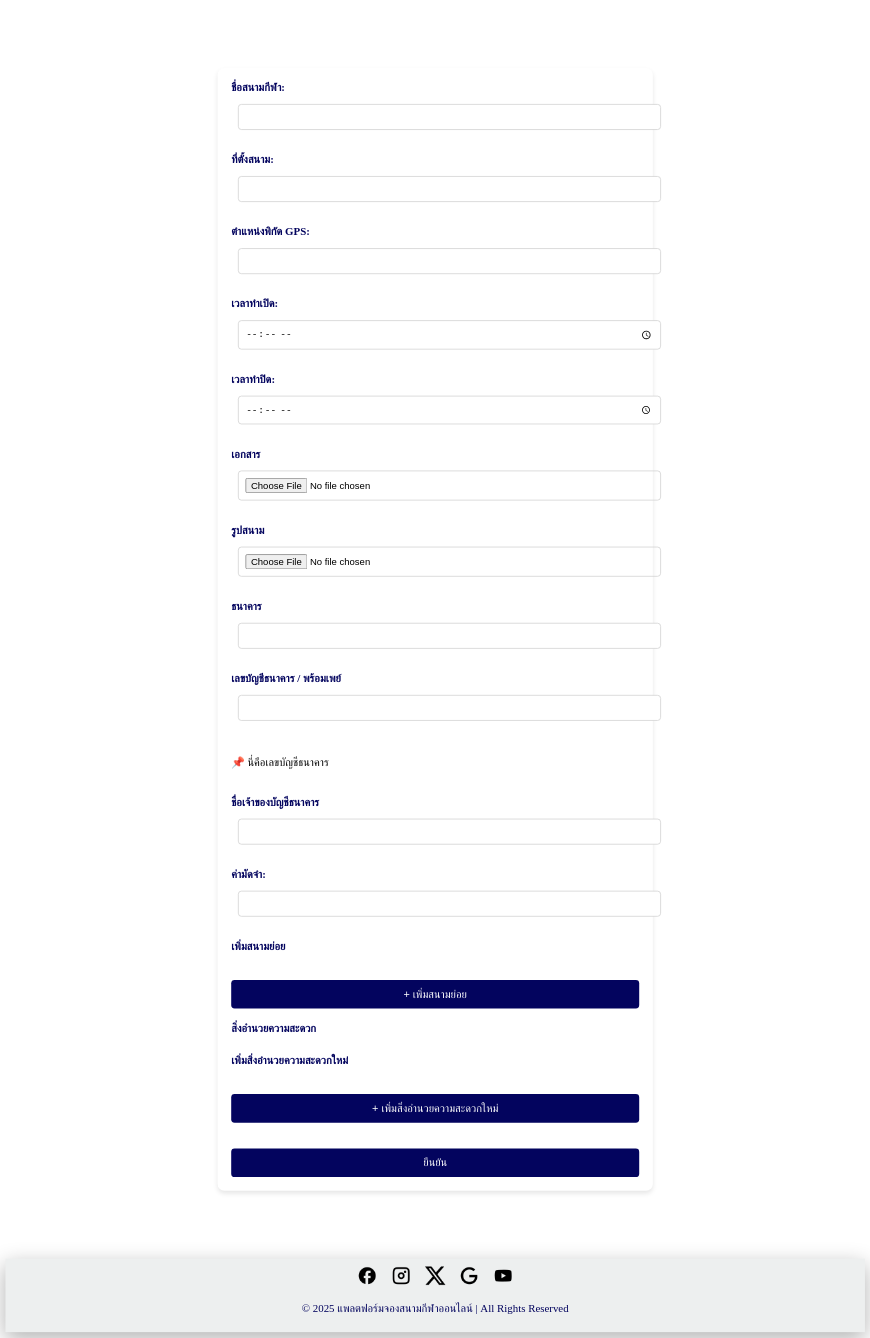
Repository: narawit101/project2
Page: /register-field (app in frontend/)
The author's editor kept a copy of each file at every save. The page is drawn from the files as they stood at one save, then again after a run of saves.
The browser window is 1280 px wide. The pictures show the whole page, at 68% of full size.
The page's requests for data from a server got no answer. The project was rebuilt for these pictures with package versions that can differ from the ones it lists, and the page was loaded fresh each time. The framework's server and built-in components were replaced by stand-ins that run in the browser. No one was signed in, and anything a server would have sent is missing. Also part of the build but not shown: frontend/next.config.js, frontend/next.config.mjs, frontend/src/app/globals.css.

Above is the page before, as saved 2025-03-19 00:05:13.

### frontend/src/app/layout.jsx
import { Kanit } from "next/font/google";
import "./globals.css";
import  Footer from "./components/Footer"

const kanitFont = Kanit({
  variable: "--font-kanit",
  subsets: ["latin", "thai"],
  weight: ["300", "400", "600"],
});

export const metadata = {
  title: "แพลตฟอร์มจองสนามกีฬาออนไลน์",
  description: "Generated by create next app",
  icons: {
    icon:"./favicon.ico"
  }
};

export default function RootLayout({ children }) {
  return (
    <html lang="en">
      <body className={`${kanitFont.variable} antialiased`}>{children}
      <Footer></Footer>
      </body>

    </html>
  );
}

### frontend/src/app/(shared)/register-field/page.jsx
import React from "react";
import RegisterFieldForm from "@/app/components/RegisterFieldForm";

export default function RegisterFieldPage() {
  return (
    <>
    <RegisterFieldForm></RegisterFieldForm>

    </>
  );
}

### frontend/src/app/components/Footer.jsx
import React from "react";
import "../css/footer.css";

export default function Footer() {
  return (
    <div>
      <footer className="footer">
        <div className="social-icons">
          <a href="#">
            <img src="img/fblogo.png" alt="Facebook" />
          </a>
          <a href="#">
            <img src="img/iglogo.png" alt="Instagram" />
          </a>
          <a href="#">
            <img src="img/xlogo.png" alt="Twitter" />
          </a>
          <a href="#">
            <img src="img/gglogo.png" alt="Google" />
          </a>
          <a href="#">
            <img src="img/ytlogo.png" alt="YouTube" />
          </a>
        </div>

        <p className="copyright">
          &copy; 2025 แพลตฟอร์มจองสนามกีฬาออนไลน์ | All Rights Reserved
        </p>
      </footer>
    </div>
  );
}

### frontend/src/app/components/RegisterFieldForm.jsx
"use client";
import React, { useState, useEffect } from "react";
import "../css/registerFieldForm.css";

export default function RegisterFieldForm() {
  const API_URL = "http://localhost:5000";

  const [sports, setSports] = useState([]);
  const [facilities, setFacilities] = useState([]);
  const [selectedFacilities, setSelectedFacilities] = useState({});
  const [subFields, setSubFields] = useState([]);
  const [addOns, setAddons] = useState([]);
  const [newFacility, setNewFacility] = useState("");
  const [showNewFacilityInput, setShowNewFacilityInput] = useState(false);

  const [fieldData, setFieldData] = useState({
    field_name: "",
    address: "",
    gps_location: "",
    documents: null,
    open_hours: "",
    close_hours: "",
    img_field: null,
    preview_img: null,
    number_bank: "",
    account_holder: "",
    price_deposit: "",
    name_bank: "",
    selectedSport: "",
  });

  // 📌 โหลดประเภทกีฬา
  useEffect(() => {
    fetch(`${API_URL}/sports_types`)
      .then((res) => res.json())
      .then((data) => setSports(data))
      .catch((error) => console.error("Error fetching sports:", error));
  }, []);

  // 📌 โหลดสิ่งอำนวยความสะดวก
  useEffect(() => {
    fetch(`${API_URL}/facilities`)
      .then((res) => res.json())
      .then((data) => setFacilities(data))
      .catch((error) => console.error("Error fetching facilities:", error));
  }, []);

  // 📌 อัปเดตค่าช่องกรอกข้อมูลสนาม
  const handleFieldChange = (e) => {
    setFieldData({ ...fieldData, [e.target.name]: e.target.value });
  };

  // 📌 ฟังก์ชันเลือก Checkbox สิ่งอำนวยความสะดวก
  const handleFacilityChange = (facId) => {
    setSelectedFacilities((prev) => {
      const updatedFacilities = { ...prev };
      if (updatedFacilities[facId] !== undefined) {
        delete updatedFacilities[facId];
      } else {
        updatedFacilities[facId] = "";
      }
      return updatedFacilities;
    });
  };

  // 📌 ฟังก์ชันอัปเดตราคาสิ่งอำนวยความสะดวก
  const handleFacilityPriceChange = (facId, price) => {
    setSelectedFacilities((prev) => ({
      ...prev,
      [facId]: price,
    }));
  };

  // 📌 ฟังก์ชันเพิ่มสิ่งอำนวยความสะดวกใหม่
  const addNewFacility = async () => {
    if (!newFacility.trim()) return;

    const res = await fetch(`${API_URL}/facilities/add`, {
      method: "POST",
      headers: { "Content-Type": "application/json" },
      body: JSON.stringify({ fac_name: newFacility }),
    });

    const data = await res.json();
    if (data.error) {
      console.error("Error:", data.error);
      return;
    }

    setFacilities([...facilities, data]);
    setNewFacility("");
    setShowNewFacilityInput(false);
  };

  // ✅ เพิ่มสนามย่อย (มี addOns ในตัวเอง)
  const addSubField = () => {
    // ✅ ดึง user_id จาก localStorage
    const storedUser = localStorage.getItem("user");
    const userData = storedUser ? JSON.parse(storedUser) : null;
    const userId = userData ? userData.user_id : null; // ดึง user_id

    setSubFields([
      ...subFields,
      { name: "", price: "", sport_id: "", user_id: userId, addOns: [] },
    ]);
  };

  // ✅ ลบสนามย่อย (รวมถึง Add-ons ที่อยู่ภายใน)
  const removeSubField = (index) => {
    setSubFields(subFields.filter((_, i) => i !== index));
  };

  // ✅ อัปเดตข้อมูลสนามย่อย
  const updateSubField = (index, key, value) => {
    const updatedSubFields = [...subFields];
    updatedSubFields[index][key] = value;
    setSubFields(updatedSubFields);
  };

  const addAddOn = (subIndex) => {
    const updatedSubFields = [...subFields];
    updatedSubFields[subIndex].addOns.push({ content: "", price: "" });
    setSubFields(updatedSubFields);
  };

  // 📌 อัปเดตค่า Add-on
  const updateAddOn = (subIndex, addOnIndex, key, value) => {
    const updatedSubFields = [...subFields];
    updatedSubFields[subIndex].addOns[addOnIndex][key] = value;
    setSubFields(updatedSubFields);
  };

  // 📌 ลบ Add-on
  const removeAddOn = (subIndex, addOnIndex) => {
    const updatedSubFields = [...subFields];
    updatedSubFields[subIndex].addOns.splice(addOnIndex, 1);
    setSubFields(updatedSubFields);
  };

  // 📌 ฟังก์ชันจัดการอัปโหลดรูป และแสดงตัวอย่าง
  const handleimgChange = (e) => {
    const file = e.target.files[0]; // ดึงไฟล์รูปจาก input
    if (file) {
      setFieldData({
        ...fieldData,
        img_field: file,
        imgPreview: URL.createObjectURL(file), // สร้าง URL เพื่อแสดงรูป
      });
    }
  };

  const handleSubmit = async (e) => {
    e.preventDefault();

    const storedUser = localStorage.getItem("user");
    if (!storedUser) {
      alert("❌ กรุณาเข้าสู่ระบบก่อน!");
      return;
    }

    const userData = JSON.parse(storedUser);
    const userId = userData.user_id; // ✅ ดึง user_id ตอน Submit

    const formData = new FormData();
    formData.append("documents", fieldData.documents);
    formData.append("img_field", fieldData.img_field); // ✅ เพิ่มการส่งรูปภาพ
    formData.append(
      "data",
      JSON.stringify({
        user_id: userId,
        field_name: fieldData.field_name,
        address: fieldData.address,
        gps_location: fieldData.gps_location,
        open_hours: fieldData.open_hours,
        close_hours: fieldData.close_hours,
        number_bank: fieldData.number_bank,
        account_holder: fieldData.account_holder,
        price_deposit: fieldData.price_deposit,
        name_bank: fieldData.name_bank,
        status: fieldData.status || "รอตรวจสอบ", // ✅ เพิ่มค่า Status
        selectedFacilities,
        subFields: subFields,
      })
    );

    try {
      const res = await fetch("http://localhost:5000/field/register", {
        method: "POST",
        body: formData,
      });

      const data = await res.json();
      if (data.error) {
        console.error("❌ Error:", data.error);
        alert("เกิดข้อผิดพลาด: " + data.error);
        return;
      }

      alert("บันทึกข้อมูลสนามเรียบร้อย! รูปภาพถูกอัปโหลดที่: " + data.img_path);
    } catch (error) {
      console.error("❌ Fetch Error:", error);
      alert("เกิดข้อผิดพลาดในการส่งข้อมูล");
    }
  };

  return (
    <div className="contianer">
      <form onSubmit={handleSubmit} encType="multipart/form-data">
        <div className="input-group">
          {" "}
          <label>ชื่อสนามกีฬา:</label>
          <input
            type="text"
            name="field_name"
            value={fieldData.field_name}
            onChange={handleFieldChange}
          />
        </div>
        <div className="input-group">
          <label>ที่ตั้งสนาม:</label>
          <input
            type="text"
            name="address"
            value={fieldData.address}
            onChange={handleFieldChange}
          />
        </div>
        <div className="input-group">
          <label>ตำแหน่งพิกัด GPS:</label>
          <input
            type="text"
            name="gps_location"
            value={fieldData.gps_location}
            onChange={handleFieldChange}
          />
        </div>
        <div className="input-group">
          <label>เวลาทำเปิด:</label>
          <input
            type="time"
            name="open_hours"
            value={fieldData.open_hours}
            onChange={handleFieldChange}
          />
        </div>
        <div className="input-group">
          <label>เวลาทำปิด:</label>
          <input
            type="time"
            name="close_hours"
            value={fieldData.close_hours}
            onChange={handleFieldChange}
          />
        </div>
        <div className="input-group">
          <label htmlFor="documents">เอกสาร</label>
          <input
            type="file"
            onChange={(e) =>
              setFieldData({ ...fieldData, documents: e.target.files[0] })
            }
          />
        </div>
        <div className="input-group">
          <label htmlFor="img_field">รูปสนาม</label>

          <input type="file" onChange={handleimgChange} accept="image/*" />
        </div>
        {/* ✅ แสดงรูปตัวอย่างถ้ามีการอัปโหลด */}
        {fieldData.imgPreview && (
          <div>
            <p>ตัวอย่างรูป:</p>
            <img
              src={fieldData.imgPreview}
              alt="Preview"
              style={{ width: "200px", height: "auto", marginTop: "10px" }}
            />
          </div>
        )}
        <div className="input-group">
          <label htmlFor="bank">ธนาคาร</label>
          <input
            type="text"
            name="name_bank"
            value={fieldData.name_bank}
            onChange={handleFieldChange}
          />
        </div>
        <div className="input-group">
          <label htmlFor="bank">เลขบัญชีธนาคาร / พร้อมเพย์</label>
          <input
            type="number"
            name="number_bank"
            value={fieldData.number_bank}
            onChange={(e) => {
              const value = e.target.value;

              // ✅ อนุญาตเฉพาะตัวเลข
              if (/^\d*$/.test(value)) {
                setFieldData({ ...fieldData, number_bank: value });
              }
            }}
            onBlur={() => {
              const isPromptPay = fieldData.name_bank === "พร้อมเพย์";
              const length = fieldData.number_bank.length;

              // ✅ ตรวจสอบความถูกต้องของเลขที่กรอก
              if (
                (!isPromptPay && length !== 12) || // ✅ ถ้าเป็นบัญชีธนาคารต้อง 12 หลัก
                (isPromptPay && length !== 10 && length !== 13) // ✅ ถ้าเป็นพร้อมเพย์ต้อง 10 หรือ 13 หลัก
              ) {
                alert("เลขที่กรอกไม่ถูกต้อง กรุณากรอกให้ตรงกับเงื่อนไข");
                setFieldData({ ...fieldData, number_bank: "" }); // ❌ เคลียร์ค่า
              }
            }}
            maxLength={13} // ✅ จำกัดสูงสุดที่ 13 หลัก
          />
        </div>
        <div className="input-group">
          <p>
            📌{" "}
            {fieldData.name_bank === "พร้อมเพย์"
              ? "นี่คือหมายเลขพร้อมเพย์"
              : "นี่คือเลขบัญชีธนาคาร"}
          </p>
        </div>
        <div className="input-group">
          <label htmlFor="bank">ชื่อเจ้าของบัญชีธนาคาร</label>
          <input
            type="text"
            name="account_holder"
            value={fieldData.account_holder}
            onChange={handleFieldChange}
          />
        </div>
        <div className="input-group">
          <label>ค่ามัดจำ:</label>
          <input
            type="number"
            name="price_deposit"
            value={fieldData.price_deposit}
            onChange={handleFieldChange}
          />
        </div>
        <div className="input-group">
          <label>เพิ่มสนามย่อย</label>
        </div>
        {subFields.map((sub, subIndex) => (
          <div
            key={subIndex}
            style={{
              border: "1px solid #ccc",
              padding: "10px",
              marginBottom: "10px",
            }}
          >
            {/* ✅ Input กรอกชื่อสนามย่อย */}
            <div className="input-group">
              <input
                type="text"
                placeholder="ชื่อสนามย่อย"
                value={sub.name}
                onChange={(e) =>
                  updateSubField(subIndex, "name", e.target.value)
                }
              />
            </div>
            {/* ✅ Input กรอกราคา */}
            <div className="input-group">
              <input
                type="number"
                placeholder="ราคา"
                value={sub.price}
                onChange={(e) =>
                  updateSubField(subIndex, "price", e.target.value)
                }
              />
            </div>

            {/* ✅ Dropdown เลือกประเภทกีฬา */}
            <div className="input-group">
              <select
                value={sub.sport_id}
                onChange={(e) =>
                  updateSubField(subIndex, "sport_id", e.target.value)
                }
              >
                <option value="">เลือกประเภทกีฬา</option>
                {sports.map((sport) => (
                  <option key={sport.sport_id} value={sport.sport_id}>
                    {sport.sport_name}
                  </option>
                ))}
              </select>
            </div>

            {/* ✅ ปุ่มเพิ่มกิจกรรมเพิ่มเติม (เฉพาะสนามนี้) */}
            <button
              className="addbtn"
              type="button"
              onClick={() => addAddOn(subIndex)}
            >
              เพิ่มกิจกรรมเพิ่มเติม
            </button>

            {/* ✅ ปุ่มลบสนามย่อย */}
            <button
              className="delbtn"
              type="button"
              onClick={() => removeSubField(subIndex)}
            >
              ลบสนามย่อย
            </button>

            {/* ✅ แสดงรายการกิจกรรมเพิ่มเติมที่อยู่ในสนามนี้ */}
            {sub.addOns.map((addon, addOnIndex) => (
              <div
                key={addOnIndex}
                style={{ marginLeft: "20px", marginTop: "5px" }}
              >
                {/* ✅ Input กรอกชื่อกิจกรรม */}
                <div className="input-group">
                  <input
                    type="text"
                    placeholder="ชื่อกิจกรรม"
                    value={addon.content}
                    onChange={(e) =>
                      updateAddOn(
                        subIndex,
                        addOnIndex,
                        "content",
                        e.target.value
                      )
                    }
                  />
                </div>
                {/* ✅ Input กรอกราคา */}
                <div className="input-group">
                  <input
                    type="number"
                    placeholder="ราคา"
                    value={addon.price}
                    onChange={(e) =>
                      updateAddOn(subIndex, addOnIndex, "price", e.target.value)
                    }
                  />
                </div>

                {/* ✅ ปุ่มลบกิจกรรมเพิ่มเติม */}
                <button
                  className="delevn"
                  type="button"
                  onClick={() => removeAddOn(subIndex, addOnIndex)}
                >
                  ลบกิจกรรมเพิ่มเติม
                </button>
              </div>
            ))}
          </div>
        ))}

        {/* ✅ ปุ่มเพิ่มสนามย่อย */}

        <button className="addsubfield" type="button" onClick={addSubField}>
          + เพิ่มสนามย่อย
        </button>
        <div className="input-group">
          <label>สิ่งอำนวยความสะดวก</label>
        </div>
        {facilities.map((fac) => (
          <div key={fac.fac_id} className="facility-item">
            {/* Checkbox เลือกสิ่งอำนวยความสะดวก */}
            <div className="input-group-checkbox">
              <input
                type="checkbox"
                checked={selectedFacilities[fac.fac_id] !== undefined}
                onChange={() => handleFacilityChange(fac.fac_id)}
              />
              <label>{fac.fac_name}</label>
            </div>

            {/* ป้อนราคาเมื่อเลือกสิ่งอำนวยความสะดวก */}
            {selectedFacilities[fac.fac_id] !== undefined && (
              <div className="input-group-checkbox">
                <input
                  type="number"
                  placeholder="กำหนดราคา"
                  value={selectedFacilities[fac.fac_id]}
                  onChange={(e) =>
                    handleFacilityPriceChange(fac.fac_id, e.target.value)
                  }
                />
              </div>
            )}
          </div>
        ))}

        <div className="input-group">
          <label>เพิ่มสิ่งอำนวยความสะดวกใหม่</label>
        </div>
        {!showNewFacilityInput ? (
          <button
            className="addfac"
            type="button"
            onClick={() => setShowNewFacilityInput(true)}
          >
            + เพิ่มสิ่งอำนวยความสะดวกใหม่
          </button>
        ) : (
          <div>
            <input
              type="text"
              placeholder="ชื่อสิ่งอำนวยความสะดวก"
              value={newFacility}
              onChange={(e) => setNewFacility(e.target.value)}
            />
            <button className="savebtn" type="button" onClick={addNewFacility}>
              บันทึก
            </button>
            <button
              className="canbtn"
              type="button"
              onClick={() => setShowNewFacilityInput(false)}
            >
              ยกเลิก
            </button>
          </div>
        )}

        <br />
        <button type="submit">ยืนยัน</button>
      </form>
    </div>
  );
}

### frontend/src/app/css/footer.css
:root {
  --text-color: #03045e;
}
.footer {
  background: #edefef;
  padding: 10px 0;
  text-align: center;
  color: var(--text-color);
  position: relative;
  box-shadow: 0px 10px 30px rgba(0, 0, 0, 0.3);
}

.social-icons {
  display: flex;
  justify-content: center;
  gap: 20px;
  margin-bottom: 20px;
}

.social-icons a img {
  width: 30px;
  height: 30px;
  transition: transform 0.3s ease-in-out;
}

.social-icons a:hover img {
  transform: scale(1.1);
  filter: brightness(1.2);
}

.copyright {
  font-size: 16px;
}

### frontend/src/app/css/registerFieldForm.css
:root {
  --text-color: #03045e;
}

.contianer {
  width: 100%;
  max-width: 600px;
  margin: 100px auto;
  padding: 20px;
  background: #ffffff;
  box-shadow: 0 4px 8px rgba(0, 0, 0, 0.1);
  border-radius: 10px;
  text-align: left;
}
form {
  display: flex;
  flex-direction: column;
}

.input-group {
  margin-bottom: 25px;
  text-align: left;
}
.facility-item {
    display: flex;
    flex-direction: column;
    margin-bottom: 15px;
  }

  .input-group-checkbox input[type="checkbox"] {
    margin-right: 10px; /* เพิ่มช่องว่างระหว่าง checkbox กับ label */
    width: 20px;
    height: 20px;
    accent-color: #3498db; /* เปลี่ยนสีของ checkbox เมื่อเลือก */
    cursor: pointer;
  }



  /* ข้อความเมื่อเลือก checkbox */
  .input-group-checkbox input[type="checkbox"]:checked + label {
    color: #2980b9; /* เปลี่ยนสีข้อความเมื่อเลือก checkbox */
  }

  /* ป้อนราคา */
  .input-group-checkbox input[type="number"] {
    width: 100%;
    padding: 10px;
    border: 1px solid #ccc;
    border-radius: 4px;
    font-size: 16px;
    margin-top: 5px;
  }

  .input-group-checkbox input[type="number"]:focus {
    border-color: #3498db;
    outline: none;
  }

  /* Hover effect สำหรับ label */
  .input-group-checkbox label:hover {
    color: #3498db;
  }


label {
    font-size: 16px;
  font-weight: 600;
  color: var(--text-color);
  display: block;
  margin-bottom: 5px;
}

input {
  margin: 10px;
  width: 100%;
  padding: 10px;
  border: 1px solid #ccc;
  border-radius: 5px;
  font-size: 14px;
  transition: 0.3s;
}

input:focus {
  border-color: var(--text-color);
  box-shadow: 0 0 5px rgba(3, 4, 94, 0.5);
  outline: none;
}
.addbtn {
  margin: 0px 0px 10px 0px;
}
.delbtn {
  margin: 0px 0px 10px 10px;
}
.delevn {
  margin: 0px 0px 10px 0px;
}
.addsubfield {
  margin: 10px 0px 20px 0px;
}
.addfac {
  margin: 10px 0px 20px 0px;
}
.savebtn {
  margin: 10px 0px 20px 0px;
}
.canbtn {
  margin: 10px 0px 20px 10px;
}
button {
  background: var(--text-color);
  color: white;
  border: none;
  padding: 12px;
  font-size: 16px;
  cursor: pointer;
  border-radius: 5px;
  transition: 0.3s;
}

button:hover {
  background: #02226c;
}

Loaded but not shown: frontend/tailwind.config.mjs (17 lines, source omitted)

After the next 2 saves:
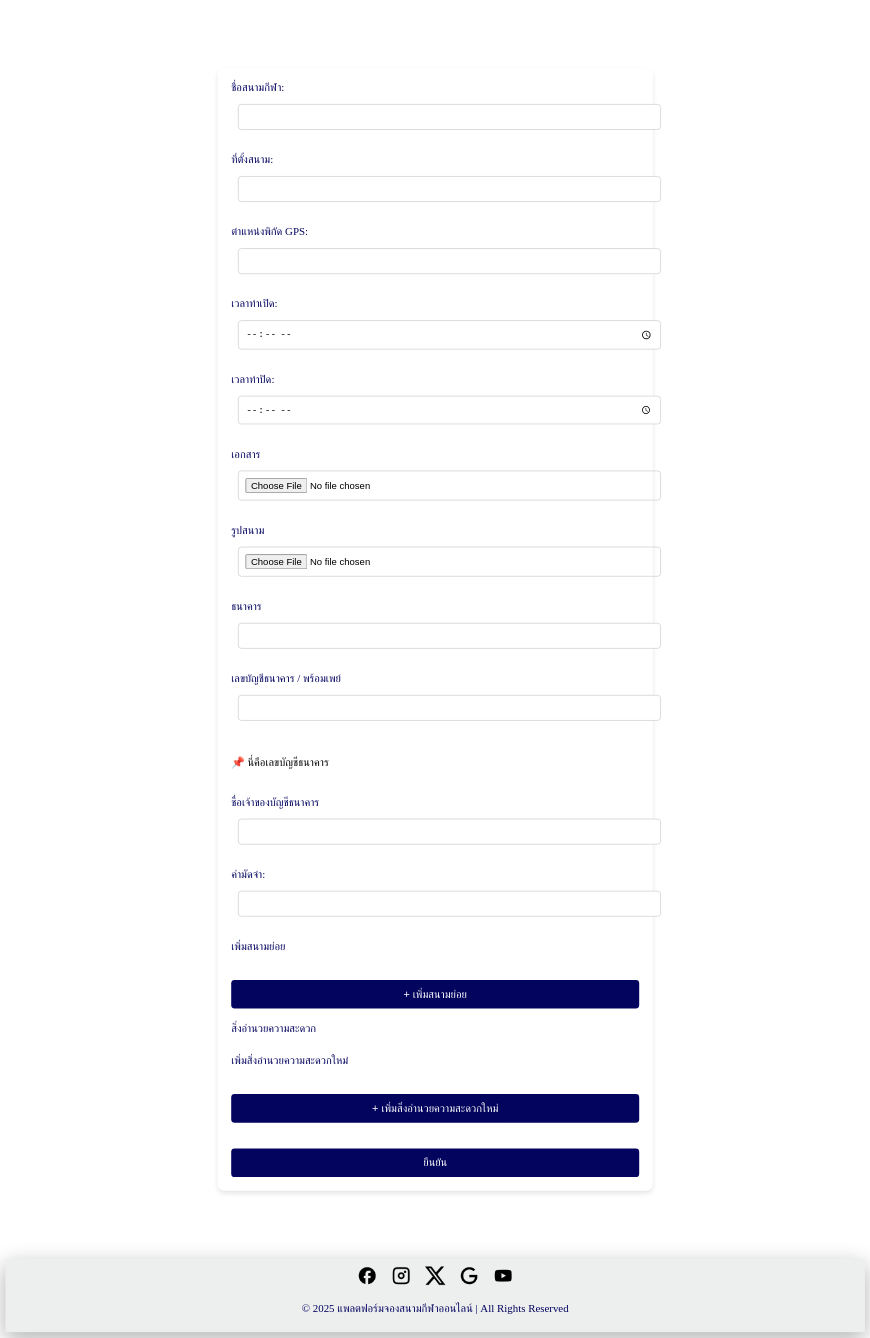
The 2 saves are shown as one change because they came seconds apart.
The last was saved 11 s later.
--- a/frontend/src/app/css/registerFieldForm.css
+++ b/frontend/src/app/css/registerFieldForm.css
@@ -22,50 +22,47 @@ form {
   text-align: left;
 }
 .facility-item {
-    display: flex;
-    flex-direction: column;
-    margin-bottom: 15px;
-  }
+  display: flex;
+  flex-direction: column;
+  margin-bottom: 15px;
+}
 
-  .input-group-checkbox input[type="checkbox"] {
-    margin-right: 10px; /* เพิ่มช่องว่างระหว่าง checkbox กับ label */
-    width: 20px;
-    height: 20px;
-    accent-color: #3498db; /* เปลี่ยนสีของ checkbox เมื่อเลือก */
-    cursor: pointer;
-  }
+.input-group-checkbox input[type="checkbox"] {
+  margin-right: 10px; /* เพิ่มช่องว่างระหว่าง checkbox กับ label */
+  width: 20px;
+  height: 20px;
+  accent-color: #3498db; /* เปลี่ยนสีของ checkbox เมื่อเลือก */
+  cursor: pointer;
+}
 
+/* ข้อความเมื่อเลือก checkbox */
+.input-group-checkbox input[type="checkbox"]:checked + label {
+  color: #2980b9; /* เปลี่ยนสีข้อความเมื่อเลือก checkbox */
+}
 
+/* ป้อนราคา */
+.input-group-checkbox input[type="number"] {
+  width: 100%;
+  padding: 10px;
+  border: 1px solid #ccc;
+  border-radius: 4px;
+  font-size: 16px;
+  margin-top: 5px;
+}
 
-  /* ข้อความเมื่อเลือก checkbox */
-  .input-group-checkbox input[type="checkbox"]:checked + label {
-    color: #2980b9; /* เปลี่ยนสีข้อความเมื่อเลือก checkbox */
-  }
+.input-group-checkbox input[type="number"]:focus {
+  border-color: #3498db;
+  outline: none;
+}
 
-  /* ป้อนราคา */
-  .input-group-checkbox input[type="number"] {
-    width: 100%;
-    padding: 10px;
-    border: 1px solid #ccc;
-    border-radius: 4px;
-    font-size: 16px;
-    margin-top: 5px;
-  }
-
-  .input-group-checkbox input[type="number"]:focus {
-    border-color: #3498db;
-    outline: none;
-  }
-
-  /* Hover effect สำหรับ label */
-  .input-group-checkbox label:hover {
-    color: #3498db;
-  }
-
+/* Hover effect สำหรับ label */
+.input-group-checkbox label:hover {
+  color: #3498db;
+}
 
 label {
-    font-size: 16px;
-  font-weight: 600;
+  font-size: 16px;
+  font-weight: 500;
   color: var(--text-color);
   display: block;
   margin-bottom: 5px;
